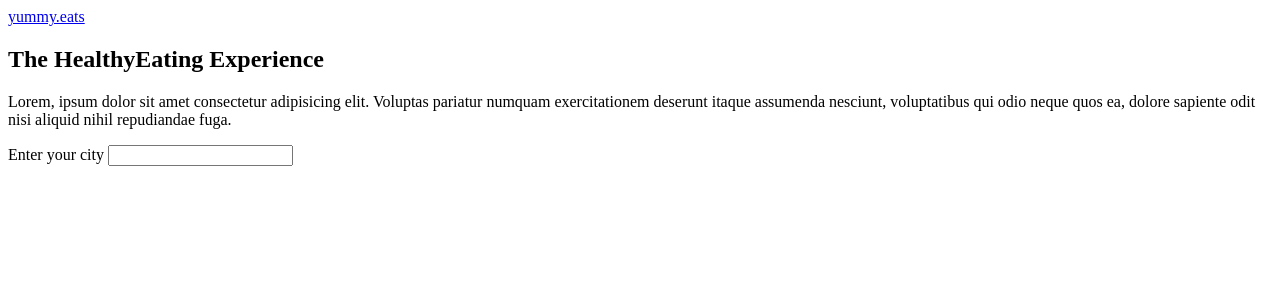
Repository: MansiLadkar/food_frontend
Page: index.html
An editor plug-in stored every save of this project. The page is shown before and after the next save, followed by the edit.
The browser window is 1280 px wide. The pictures show the whole page.

Above is the page before, as saved 2023-01-13 13:14:21.

### index.html
<!DOCTYPE html>
<html lang="en">
  <head>
    <meta charset="UTF-8" />
    <meta http-equiv="X-UA-Compatible" content="IE=edge" />
    <meta name="viewport" content="width=device-width, initial-scale=1.0" />
    <title>Document</title>
    <link rel="stylesheet" href="css/main.css" />
  </head>
  <body>
    <div class="hero-bg">
      <section class="top">
        <header>
          <a href="#">yummy.eats</a>
        </header>
        <h1><span>The Healthy</span>Eating Experience</h1>
        <p>
          Lorem, ipsum dolor sit amet consectetur adipisicing elit. Voluptas
          pariatur numquam exercitationem deserunt itaque assumenda nesciunt,
          voluptatibus qui odio neque quos ea, dolore sapiente odit nisi aliquid
          nihil repudiandae fuga.
        </p>
        <div class="form-container">
          <form action="">
            <label for="city">Enter your city</label>
            <input type="text" name="city" id="city" />
          </form>
        </div>
      </section>
      <section></section>
    </div>
  </body>
</html>

Loaded but not shown: css/main.css (no stored copy; drawn as an empty file)

After the next save:
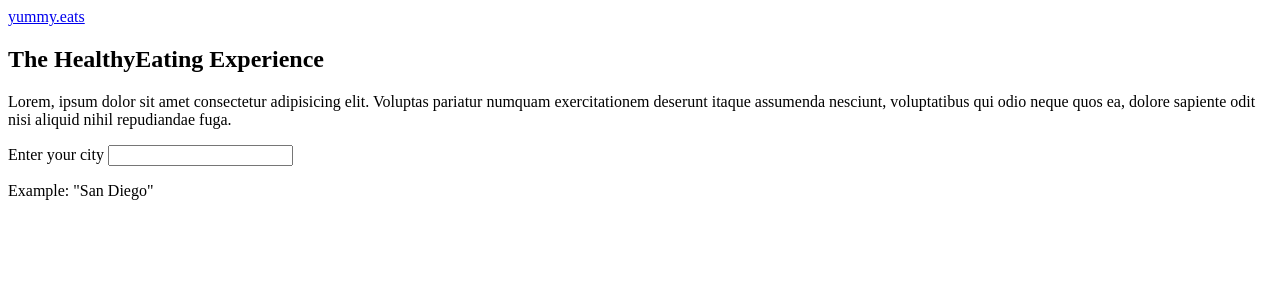
Saved 24 s later.
--- a/index.html
+++ b/index.html
@@ -24,6 +24,7 @@
           <form action="">
             <label for="city">Enter your city</label>
             <input type="text" name="city" id="city" />
+            <p>Example: "San Diego"</p>
           </form>
         </div>
       </section>
